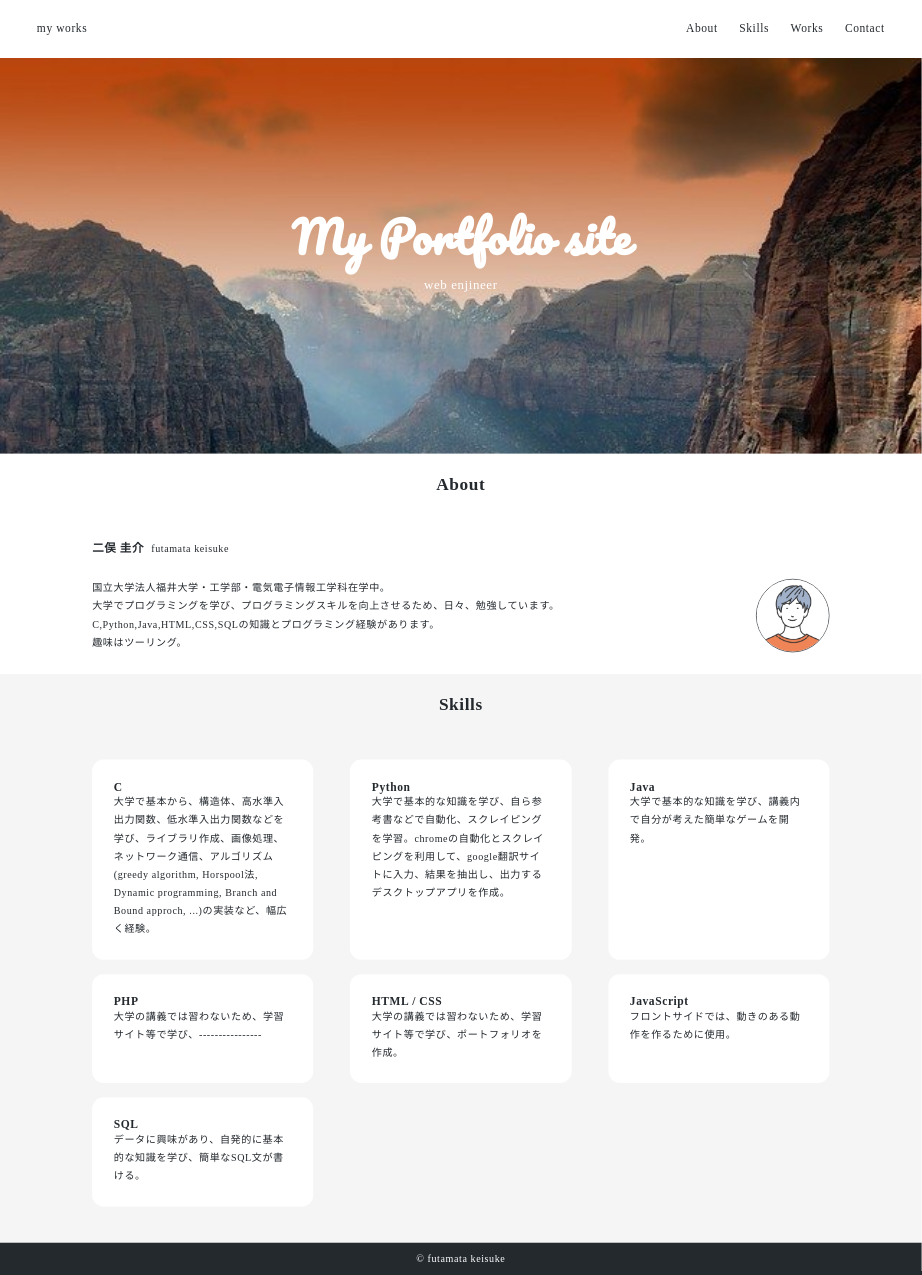
Repository: F-ksk/portfolio
Page: index.html
An editor plug-in stored every save of this project. The page is shown before and after the next save, followed by the edit.
The browser window is 1280 px wide. The pictures show the whole page, at 72% of full size.

Above is the page before, as saved 2023-06-29 12:40:16.

After the next save:
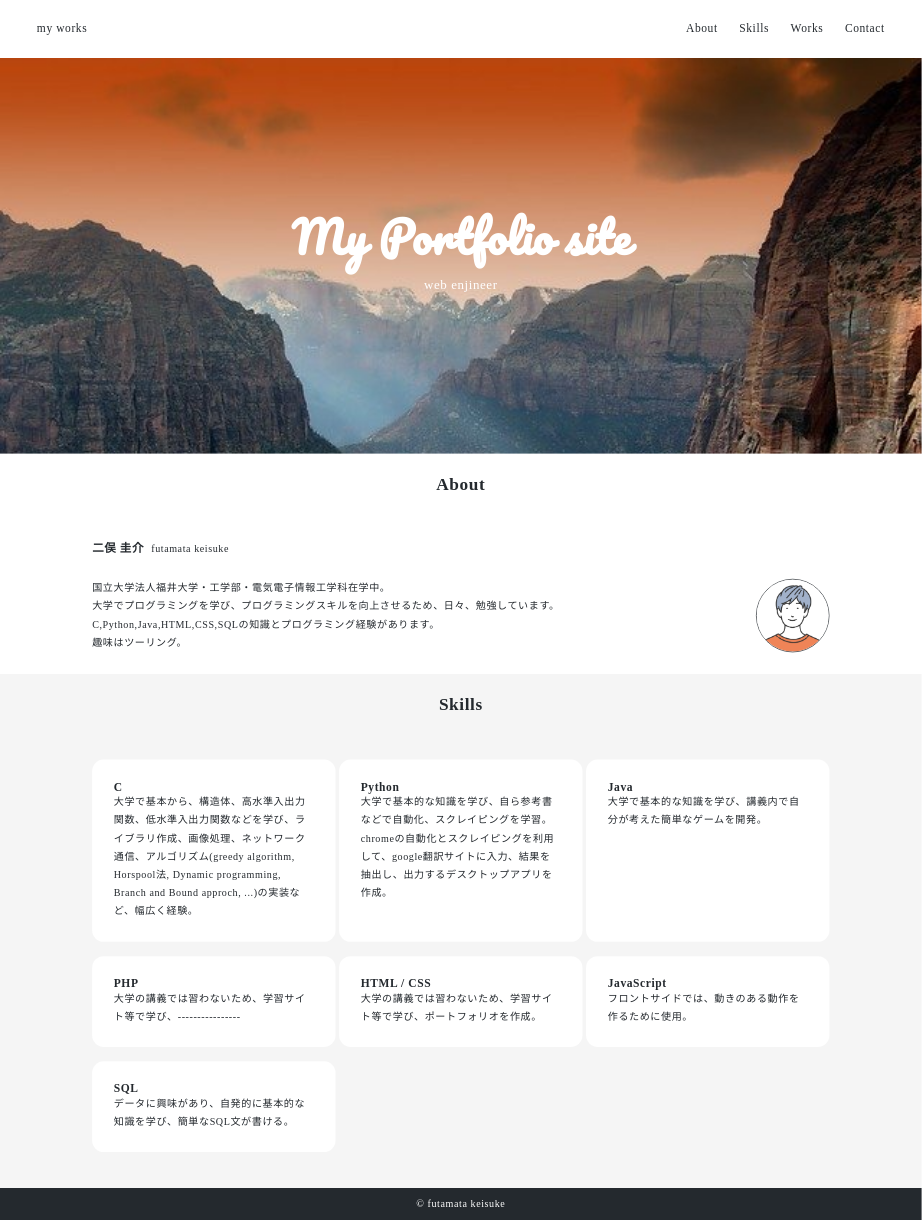
Saved 18 s later.
--- a/css/style.css
+++ b/css/style.css
@@ -126,7 +126,7 @@ section {
 }
 
 .skill-item {
-    width: 30%;
+    width: 33%;
     background-color: #fff;
     border-radius: 16px;
     margin-bottom: 20px;
